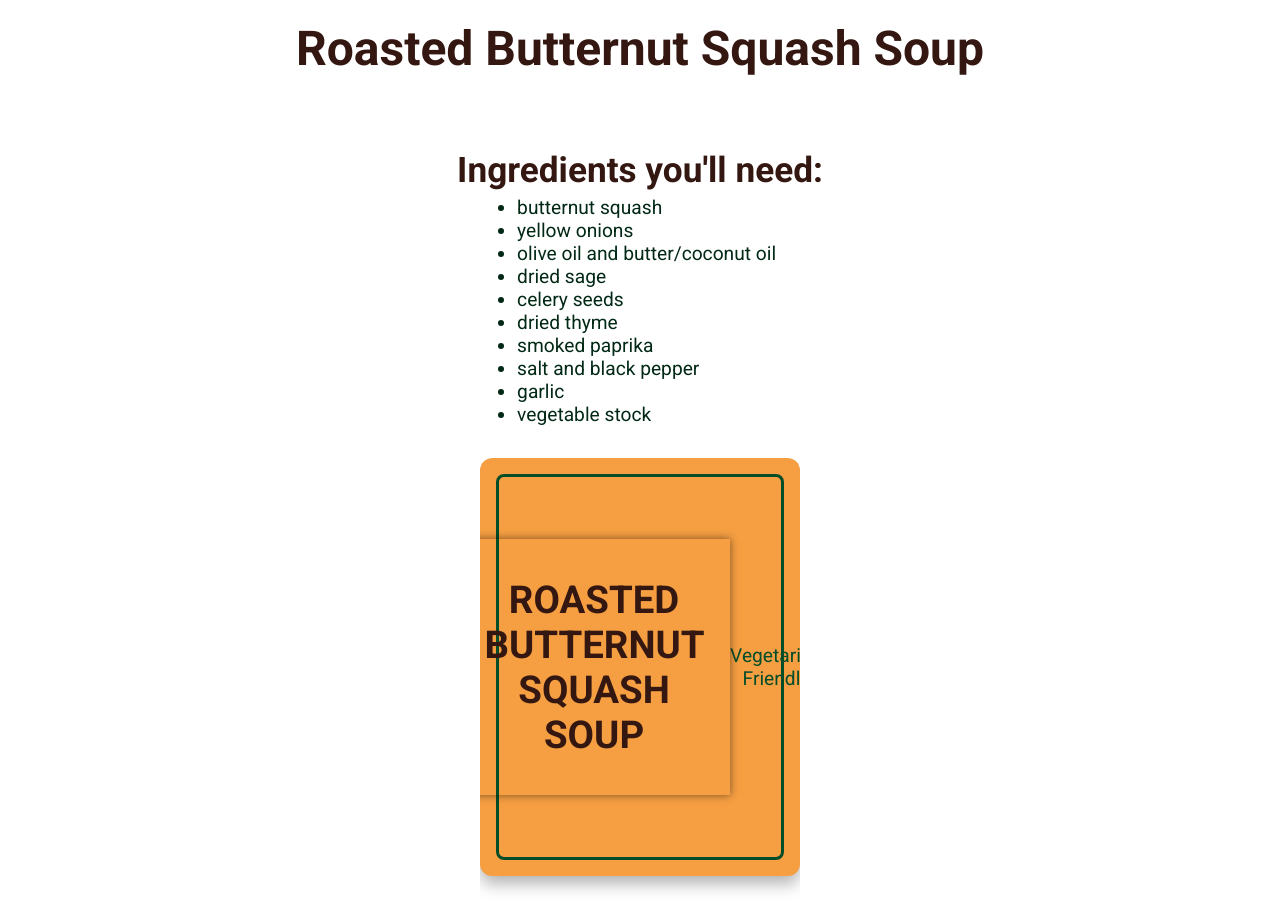
Repository: IDMX225/css-card-flip-LyssaMA
Page: src/index.html
The author's editor kept a copy of each file at every save. The page is drawn from the files as they stood at one save, then again after the next save.
The browser window is 1280 px wide. The pictures show the whole page.
The style sheet was rebuilt from its Sass, Less or Tailwind sources for each picture, by a compiler version that may differ from the author's.

Above is the page before, as saved 2024-11-12 20:47:01.
Not found: src/js/index.js

After the next save:
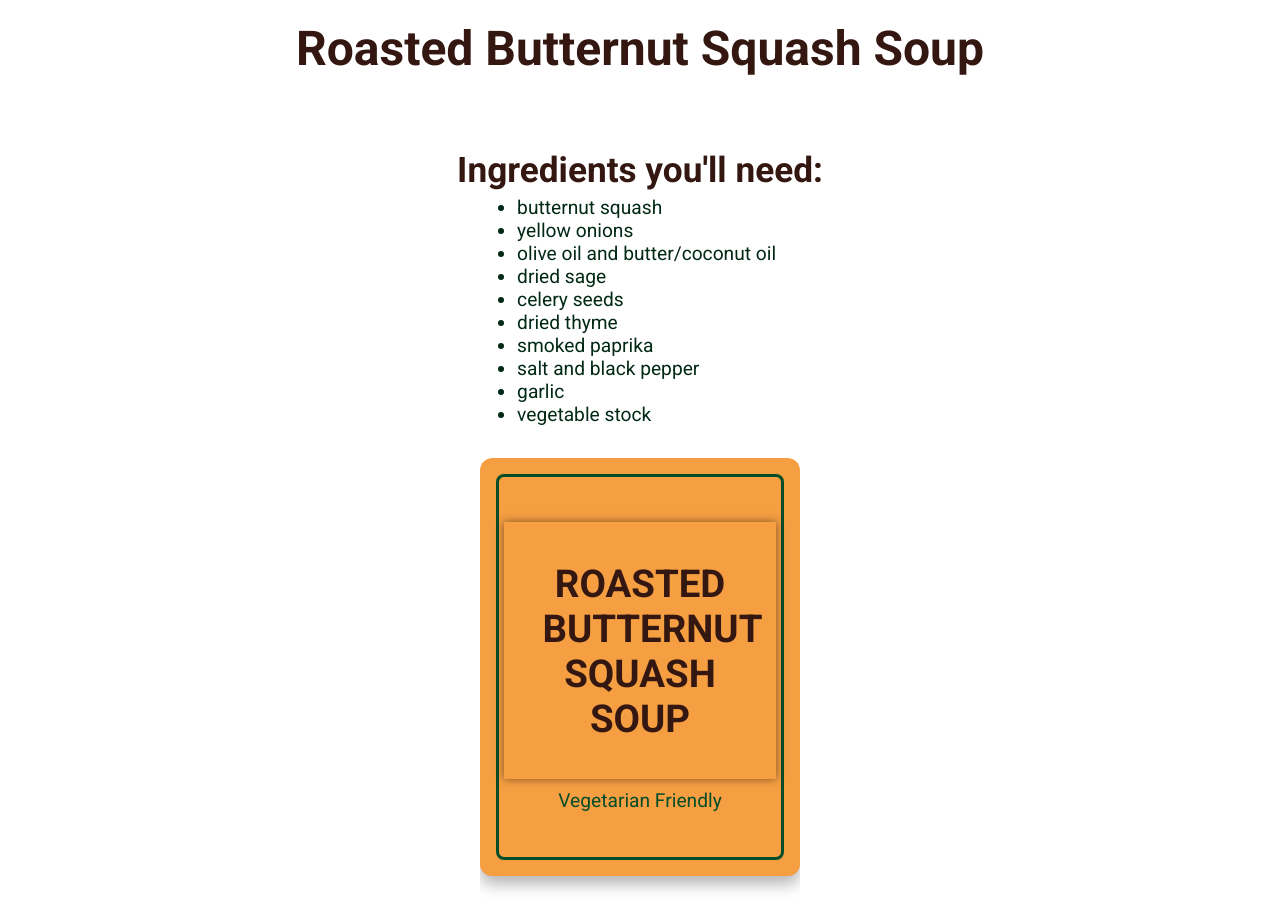
Saved 4 min 16 s later.
--- a/src/sass/main.scss
+++ b/src/sass/main.scss
@@ -111,8 +111,10 @@ body {
   box-shadow: 0 8px 16px rgba(0, 0, 0, 0.3); /* Add shadow to front for depth */
   position: relative;
   display: flex;
-  justify-content: center; /* Center content horizontally */
-  align-items: center; /* Center content vertically */
+  flex-direction: column; /* Ensures the title and subtitle are stacked */
+  justify-content: center; /* Center content vertically */
+  align-items: center; /* Center content horizontally */
+  text-align: center; /* Center text inside the front card */
 }
 
 /* Adding the border effect with rounded corners */
@@ -142,10 +144,6 @@ body {
   z-index: 1;  /* Ensure the title is on top of the border */
   width: 100%;  /* Ensure title box stretches across the card */
   box-sizing: border-box; /* Include padding in the overall width calculation */
-  display: flex;
-  justify-content: center; /* Ensure title is horizontally centered */
-  align-items: center; /* Ensure title is vertically centered */
-  margin: 0;  /* Remove any extra margin around the title */
 }
 
 /* Subtitle on Card */
@@ -154,6 +152,7 @@ body {
   font-size: 1.2rem;
   font-weight: var(--fw-normal);
   text-align: center;
+  margin-top: 0.5em; /* Space between the title and subtitle */
 }
 
 /* Back of the Card */
@@ -164,6 +163,10 @@ body {
   border-radius: 12px; /* Ensure the back matches the card's rounded corners */
   padding: 2.5em; /* Add padding to the back */
   box-sizing: border-box; /* Include padding in the overall size */
+  display: flex;
+  justify-content: center;
+  align-items: center;
+  text-align: center; /* Center content on the back */
 }
 
 .card__body {
@@ -171,4 +174,5 @@ body {
   font-size: 1rem;
   line-height: 1.5;
   text-align: center;
+  max-width: 90%; /* Prevent text from stretching too wide */
 }
